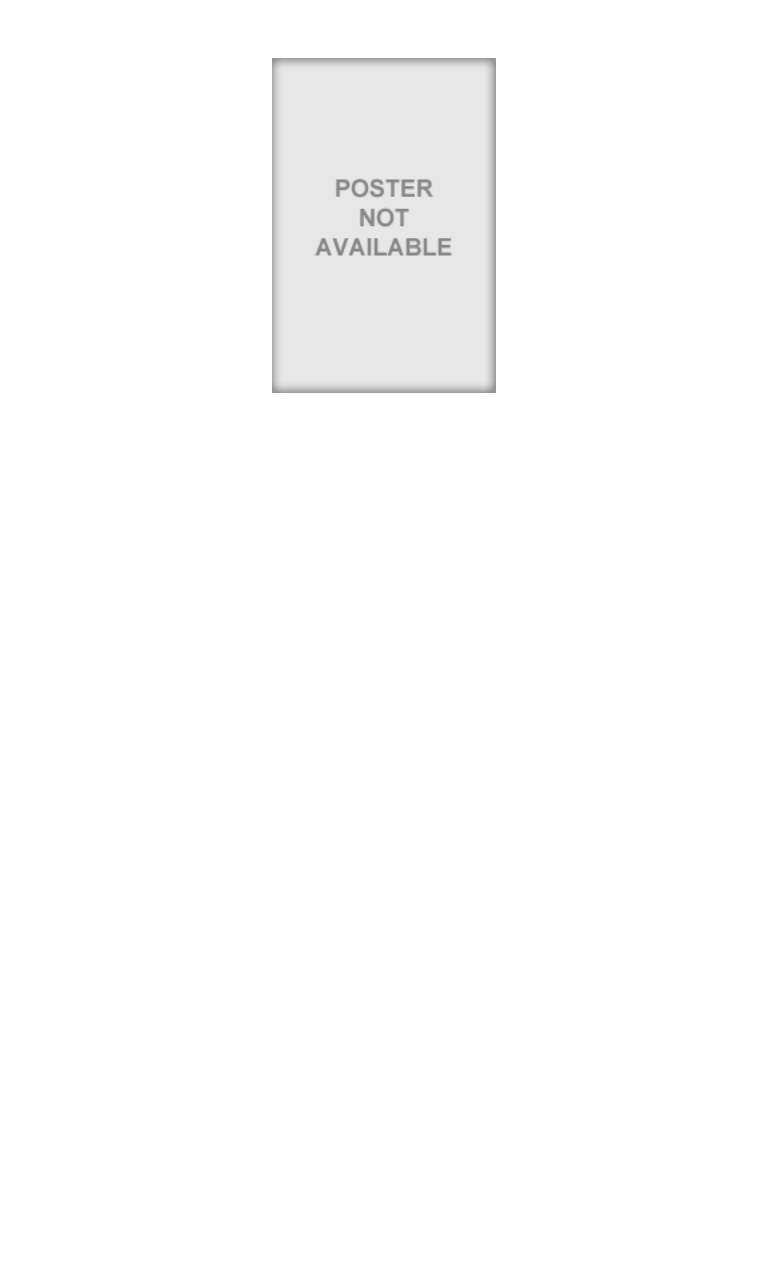
Repository: STracker/STrackerAndroid
Layout: STracker/res/layout/activity_tvshow.xml
These files come from the project's save history. The layout is drawn as it stood at one moment and after the next save; the edit follows.
It is drawn on a 768 x 1280 px phone screen (xhdpi) without system bars, with theme AppTheme; the app's code is not run.

Above is the layout before, as saved 2013-06-01 18:25:26.

### STracker/res/layout/activity_tvshow.xml
<?xml version="1.0" encoding="utf-8"?>
<LinearLayout xmlns:android="http://schemas.android.com/apk/res/android"
    android:layout_width="match_parent"
    android:layout_height="match_parent"
    android:orientation="vertical" >

    <TextView
        android:id="@+id/title_name"
        android:src="@string/serie_name"
        android:layout_width="wrap_content"
        android:layout_height="wrap_content"
        android:textStyle="bold"
        android:layout_gravity="center"
        android:textSize="14sp"
        android:textIsSelectable="false" />

    <ImageView
        android:id="@+id/poster_id"
        android:layout_width="wrap_content"
        android:layout_height="wrap_content"
        android:layout_gravity="center"
        android:layout_marginTop="10dp"
        android:contentDescription="@string/poster_desc"
        android:src="@drawable/img_no_poster" />

    <TextView
        android:id="@+id/title_description"
        android:src="@string/serie_desc"
        android:layout_width="match_parent"
        android:layout_height="wrap_content"
        android:textIsSelectable="false" />

</LinearLayout>

### STracker/res/values/strings.xml
<?xml version="1.0" encoding="utf-8"?>
<resources>
    <string name="app_name">STracker</string>
    <string name="search_hint">Search Series</string>
	<string name="next_episode">Next Episodes</string>
	<string name="start_btn">Serie Request!</string>
	<string name="async_task">Serie Information</string>

	<!-- Information about TvShow -->
	<string name="serie_name">Name: </string>
	<string name="serie_desc">Description: </string>
	<string name="serie_runtime">Runtime: </string>
	<string name="serie_airday">Airday: </string>
	<string name="serie_genres">Genres: </string>
	<string name="serie_rating">Rating: </string>
	<string name="poster_desc">Poster</string>

	<!-- Menu Items -->
	<string name="action_profile">Profile</string>
	<string name="action_friends">Friends</string>
	<string name="action_series">Following</string>
	<string name="action_settings">Settings</string>
	<string name="action_search">Search</string>
	<string name="action_messages">Messages</string>
	<string name="subitem_search_by_name">Search by Name</string>
	<string name="subitem_search_by_genre">Search by Genre</string>
	<string name="subitem_search_friend">Search Friend</string>
</resources>

Loaded but not shown: STracker/res/values/styles.xml (common file); STracker/res/values-v11/styles.xml (common file); STracker/res/values-v14/styles.xml (common file)

After the next save:
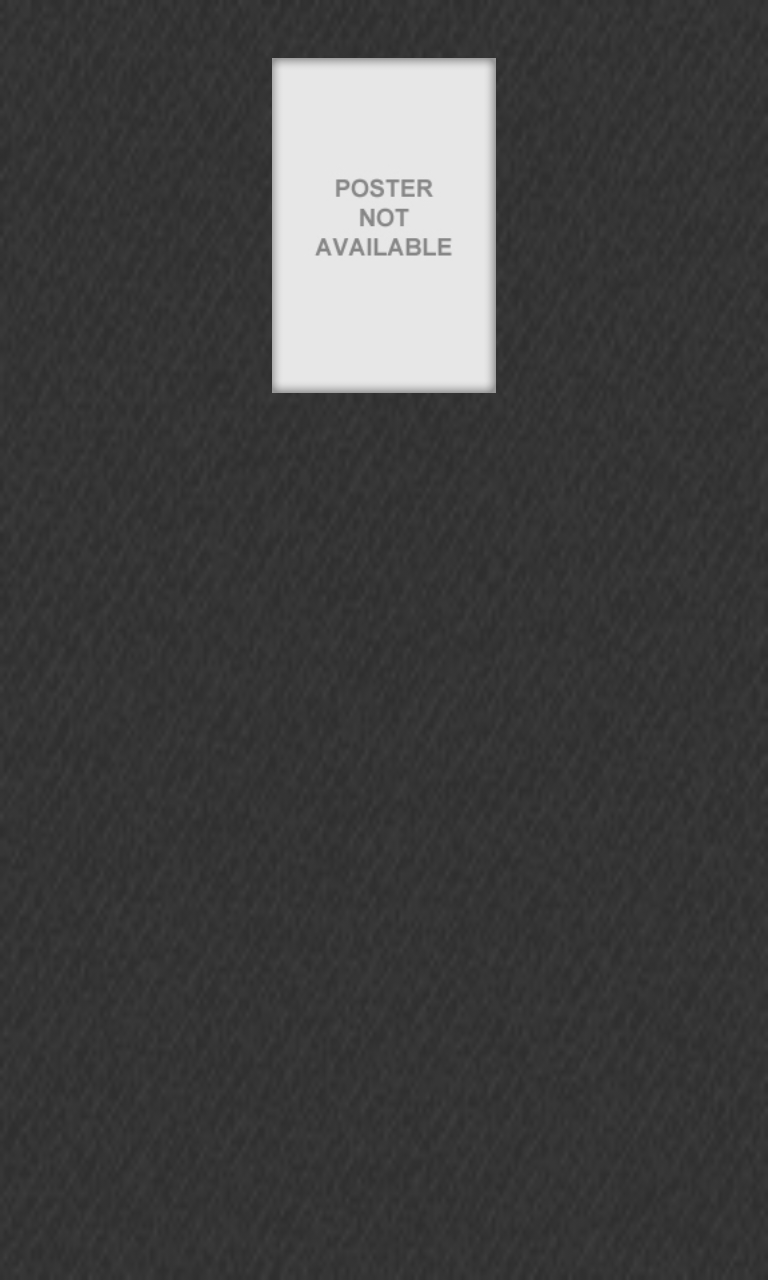
Saved 6 min 45 s later.
--- a/STracker/res/layout/activity_tvshow.xml
+++ b/STracker/res/layout/activity_tvshow.xml
@@ -2,7 +2,8 @@
 <LinearLayout xmlns:android="http://schemas.android.com/apk/res/android"
     android:layout_width="match_parent"
     android:layout_height="match_parent"
-    android:orientation="vertical" >
+    android:orientation="vertical"
+    android:background="@drawable/bckgnd_pattern" >
 
     <TextView
         android:id="@+id/title_name"
